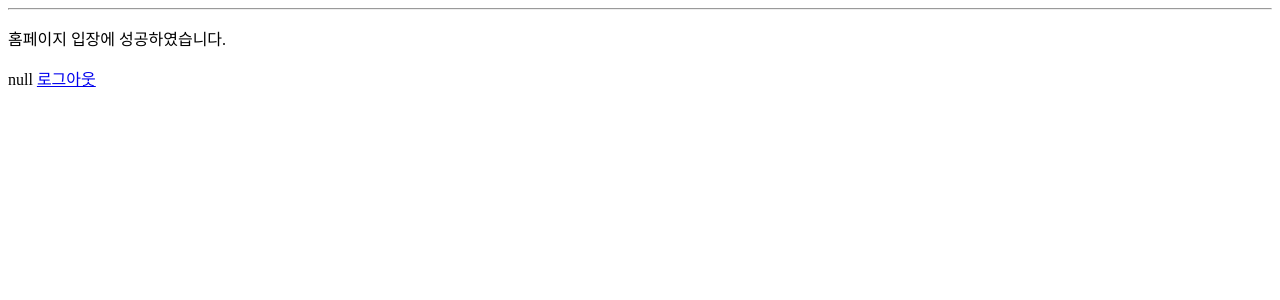
Repository: YooMyeongSeon/JSP_Servlet_Study
Page: http://localhost/web04/Ex_04_Main.jsp
The author's editor kept a copy of each file at every save. The page is drawn from the files as they stood at one save, then again after the next save.
The browser window is 1280 px wide. The pictures show the whole page.
The page is served by Tomcat 9.

Above is the page before, as saved 2022-06-08 05:57:34.

After the next save:
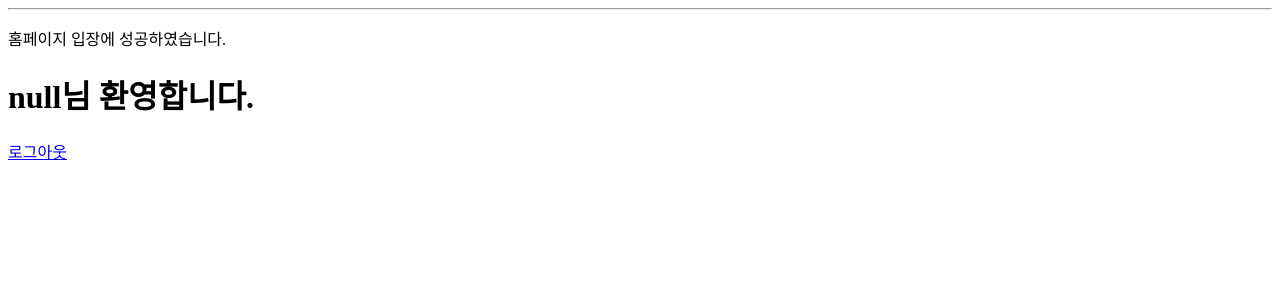
Saved 13 s later.
--- a/web04/WebContent/Ex_04_Main.jsp
+++ b/web04/WebContent/Ex_04_Main.jsp
@@ -9,7 +9,7 @@
 <body>
 	<hr>
 	<p>홈페이지 입장에 성공하였습니다.</p>
-	<%=request.getParameter("name") %>
+	<h1><%=request.getParameter("name") %>님 환영합니다.</h1>
 	<a href="Ex_04_LoginForm.jsp">로그아웃</a>
 </body>
 </html>
